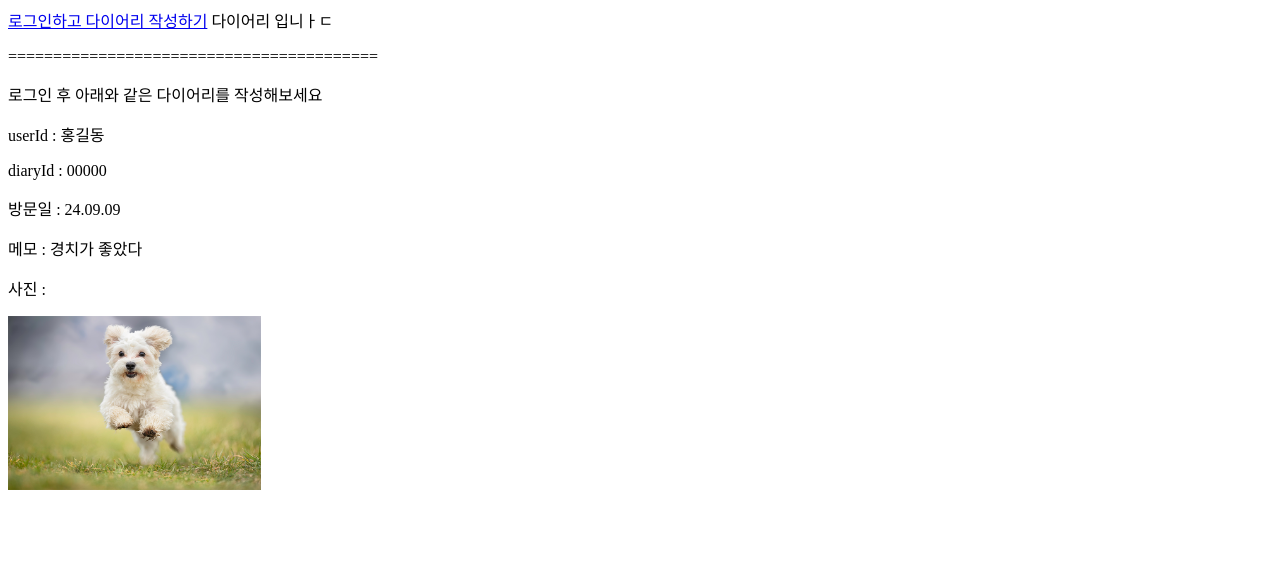
Repository: ezooo/testpj
Page: http://localhost/howwwAbout/WEB-INF/views/diary_beforeLogin.jsp
The author's editor kept a copy of each file at every save. The page is drawn from the files as they stood at one save, then again after the next save.
The browser window is 1280 px wide. The pictures show the whole page.
The page is served by Tomcat 9. Nobody is signed in. The template is opened directly, without the code that normally fills it, so the values that code supplies are empty.

Above is the page before, as saved 2024-12-04 00:43:29.

After the next save:
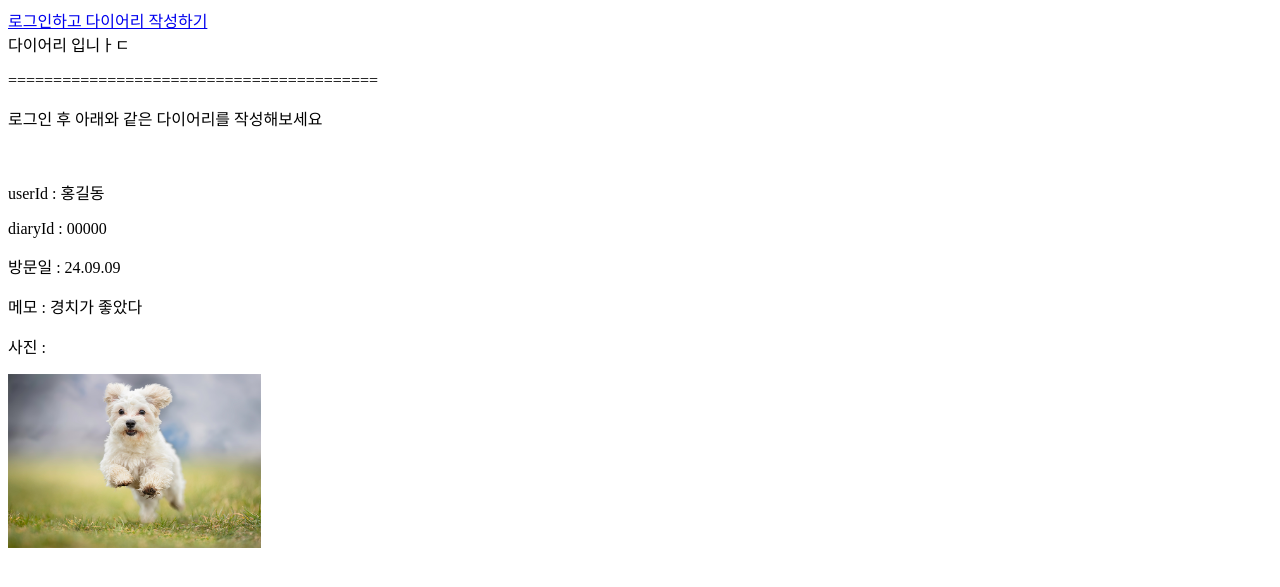
Saved 19 s later.
--- a/howwwAbout/src/main/webapp/WEB-INF/views/diary_beforeLogin.jsp
+++ b/howwwAbout/src/main/webapp/WEB-INF/views/diary_beforeLogin.jsp
@@ -7,17 +7,17 @@
 <title>로그인 안한 상태 다이어리</title>
 </head>
 <body>
-<a href="login">로그인하고 다이어리 작성하기</a>
+<a href="login">로그인하고 다이어리 작성하기</a> <br>
 다이어리 입니ㅏㄷ
 	<p>========================================= </p>
-	<p> 로그인 후 아래와 같은 다이어리를 작성해보세요 </p>
+	<p> 로그인 후 아래와 같은 다이어리를 작성해보세요 </p> <br>
 	<p>userId : 홍길동 </p>
 	<p>diaryId : 00000 </p>
 	<p>방문일 : 24.09.09 </p>
 	<p>메모 : 경치가 좋았다 </p>
 	<p>사진 : </p><img src="/howAbout/resources/images/dog.png" style="width: 20%" />
 	<br>
-	<br>
+
 
 </body>
 </html>
